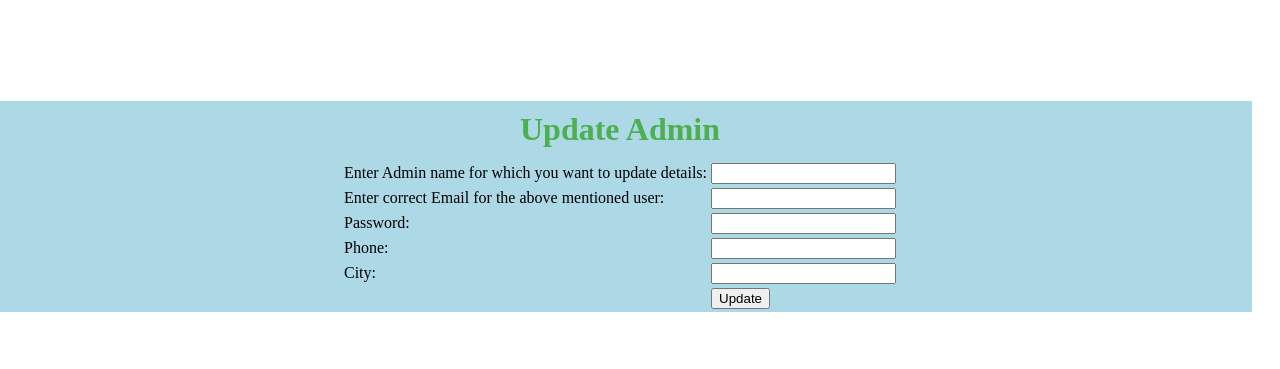
Repository: priyankagit8692/Phase_2_SimpliLearn-
Page: http://localhost/LearnerAcademyProject/AdminUpdate.jsp
These files come from the project's save history. The page is drawn as it stood at one moment and after the next save; the edit follows.
The browser window is 1280 px wide. The pictures show the whole page.
The page is served by Tomcat 9.

Above is the page before, as saved 2021-03-20 17:40:44.

After the next save:
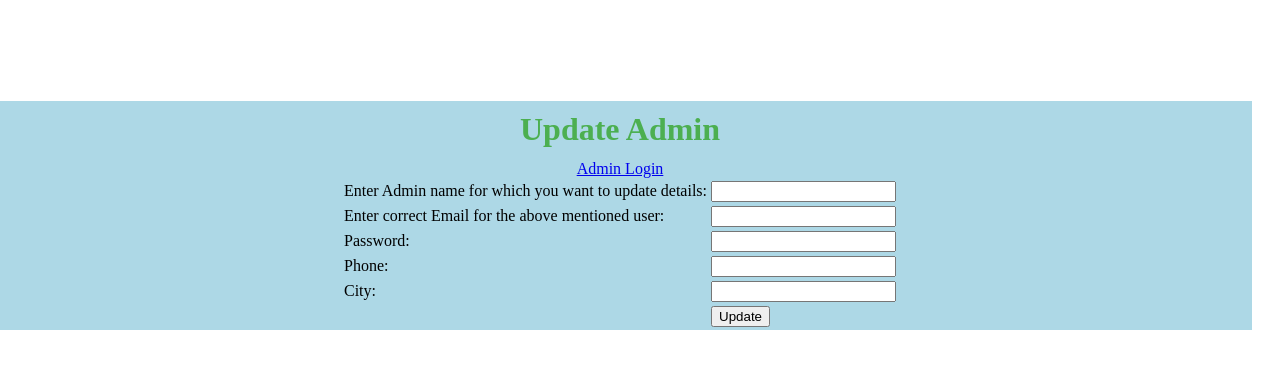
Saved 96 s later.
--- a/FinalProjectPhase2/LearnerAcademyProject/WebContent/AdminUpdate.jsp
+++ b/FinalProjectPhase2/LearnerAcademyProject/WebContent/AdminUpdate.jsp
@@ -20,6 +20,7 @@ h1 {
 <body>
 	<div align='center'>
 		<h1>Update Admin</h1>
+		<a href="AdminLogin.jsp">Admin Login</a>
 		<form method="post" action="adminUpdate">
 			<table>
 				<tr>
